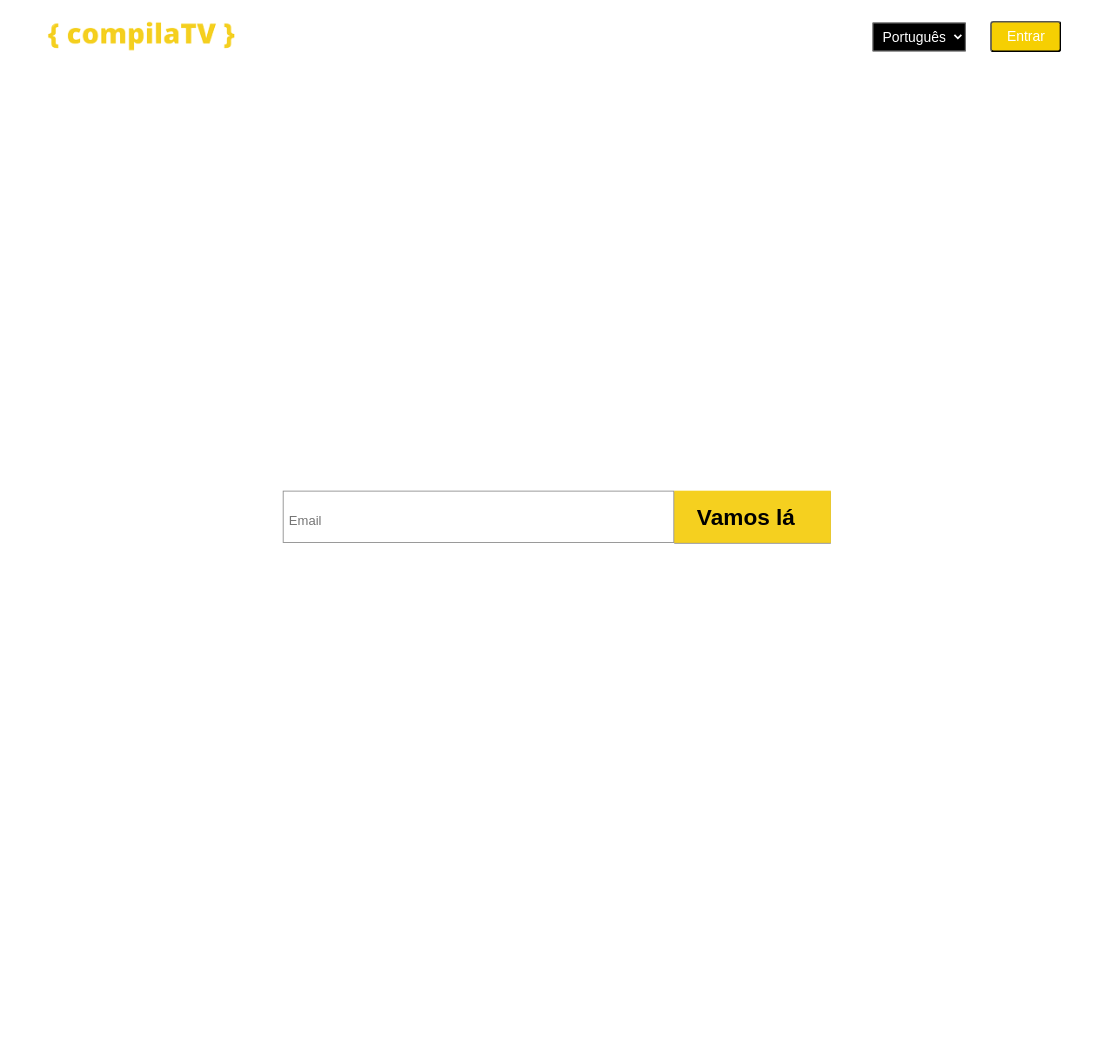
Repository: Wo1verine45/tcclets
Page: /
These files come from the project's save history. The page is drawn as it stood at one moment and after the next save; the edit follows.
The browser window is 1280 px wide. The pictures show the whole page, at 87% of full size.
The project was rebuilt for these pictures with package versions that can differ from the ones it lists, and the page was loaded fresh each time. Also part of the build but not shown: src/components/Input/index.js, src/pages/Login/Login.js.

Above is the page before, as saved 2021-10-22 20:08:00.

After the next save:
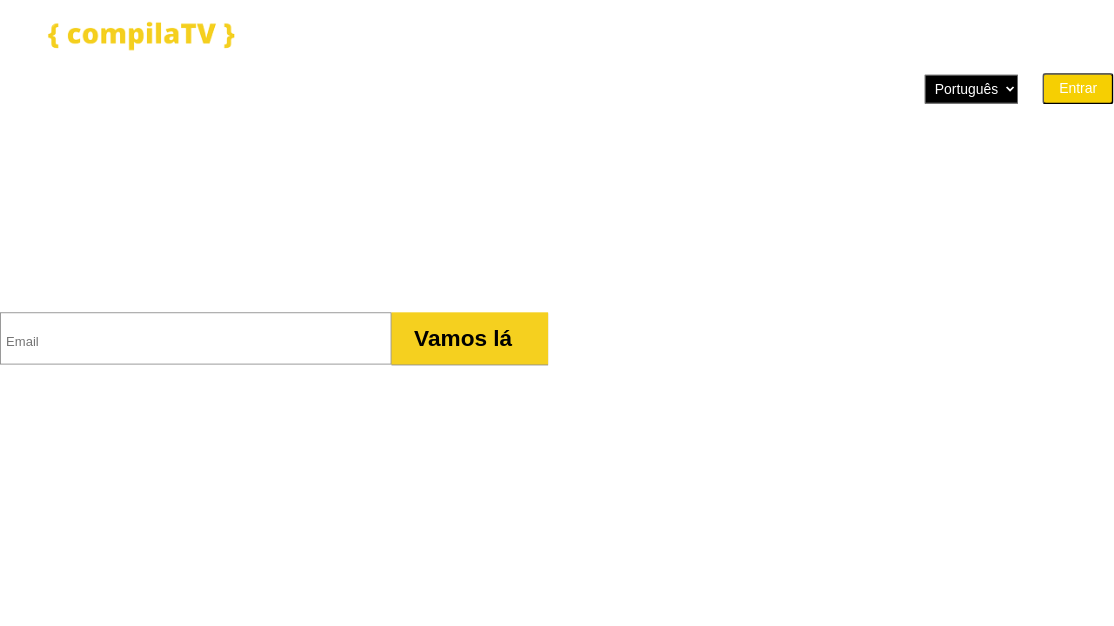
Saved 19 s later.
--- a/src/pages/Main/homescreen.css
+++ b/src/pages/Main/homescreen.css
@@ -1,6 +1,6 @@
 
 .HomeScreen{
-    background: linear-gradient(rgba(0,0,0,.8) 0,rgba(0,0,0,0) 60%,rgba(0,0,0,.8) 100%) url(https://wallpapercave.com/wp/wp3327517.jpg) no-repeat;
+    background: linear-gradient(rgba(0,0,0,.8 100%) url(https://wallpapercave.com/wp/wp3327517.jpg) no-repeat;
     height: 1220px;
     padding: 0;
     margin: 0;

After the save that followed:
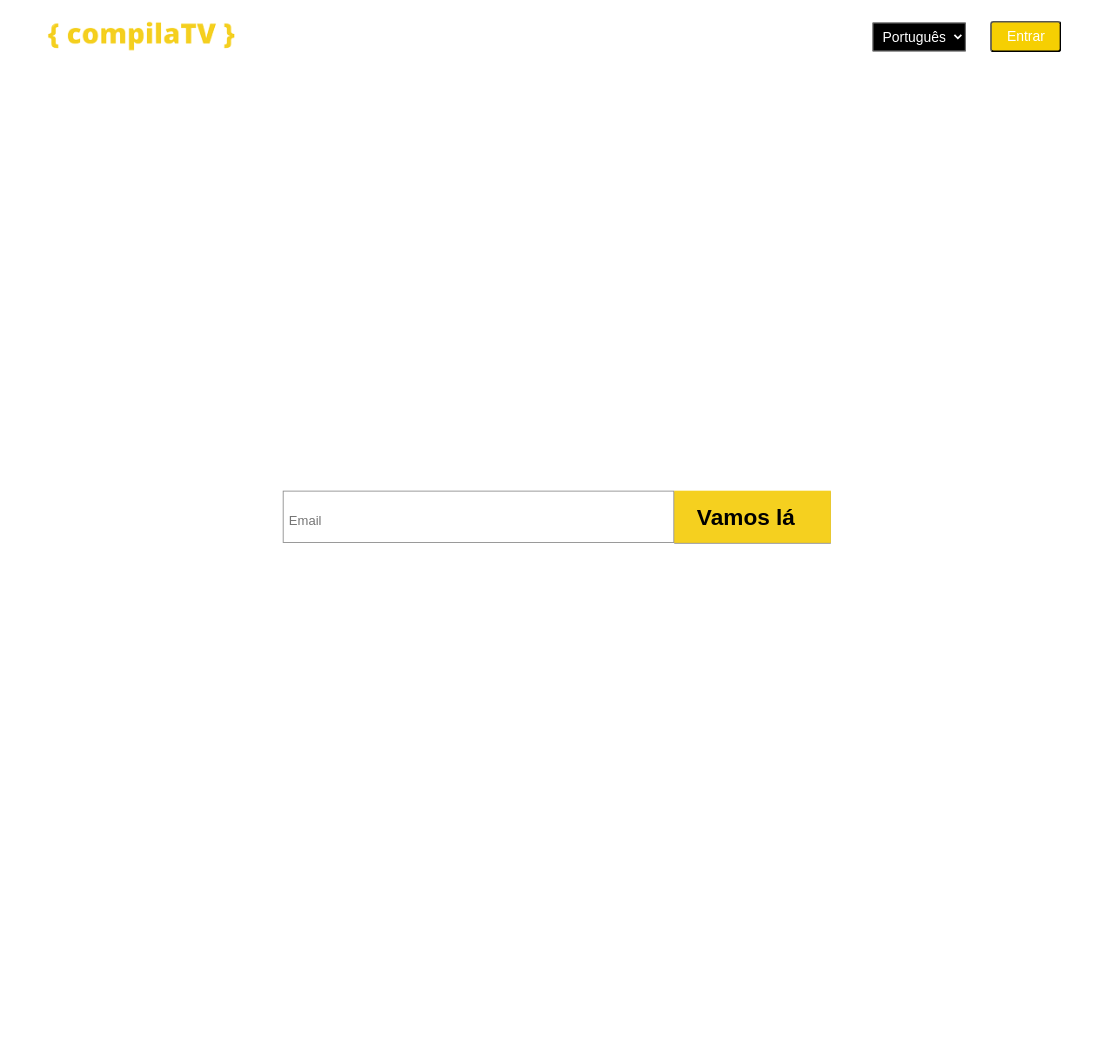
Saved 14 s later.
--- a/src/pages/Main/homescreen.css
+++ b/src/pages/Main/homescreen.css
@@ -1,6 +1,6 @@
 
 .HomeScreen{
-    background: linear-gradient(rgba(0,0,0,.8 100%) url(https://wallpapercave.com/wp/wp3327517.jpg) no-repeat;
+    background: linear-gradient(rgba(0,0,0,.8 100%)) url(https://wallpapercave.com/wp/wp3327517.jpg) no-repeat;
     height: 1220px;
     padding: 0;
     margin: 0;
